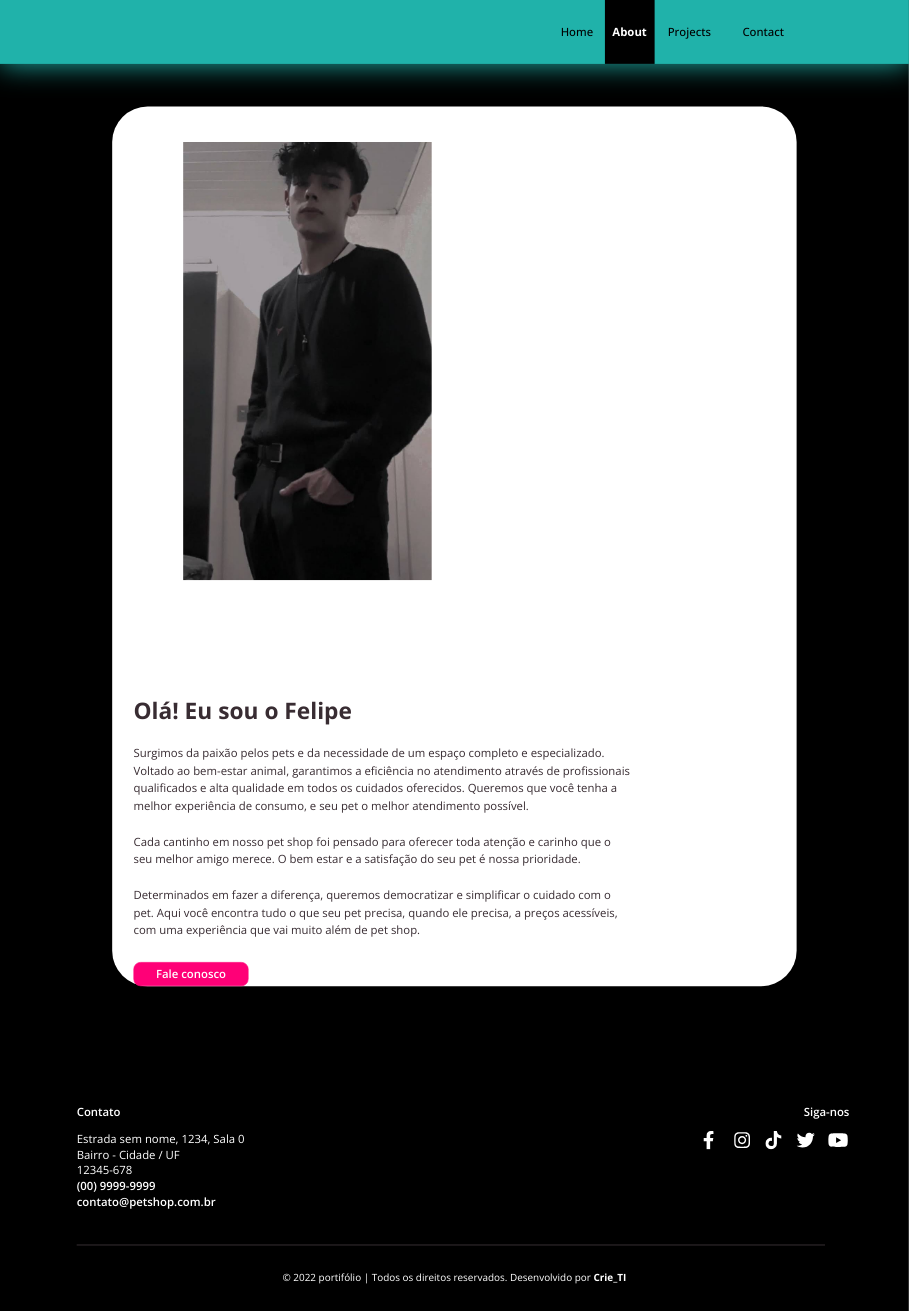
Repository: Fel1pit0/CRIE_TI
Page: Projetos/Portifólio/about.html
The author's editor kept a copy of each file at every save. The page is drawn from the files as they stood at one save, then again after the next save.
The browser window is 1280 px wide. The pictures show the whole page, at 71% of full size.

Above is the page before, as saved 2022-05-25 14:54:14.

After the next save:
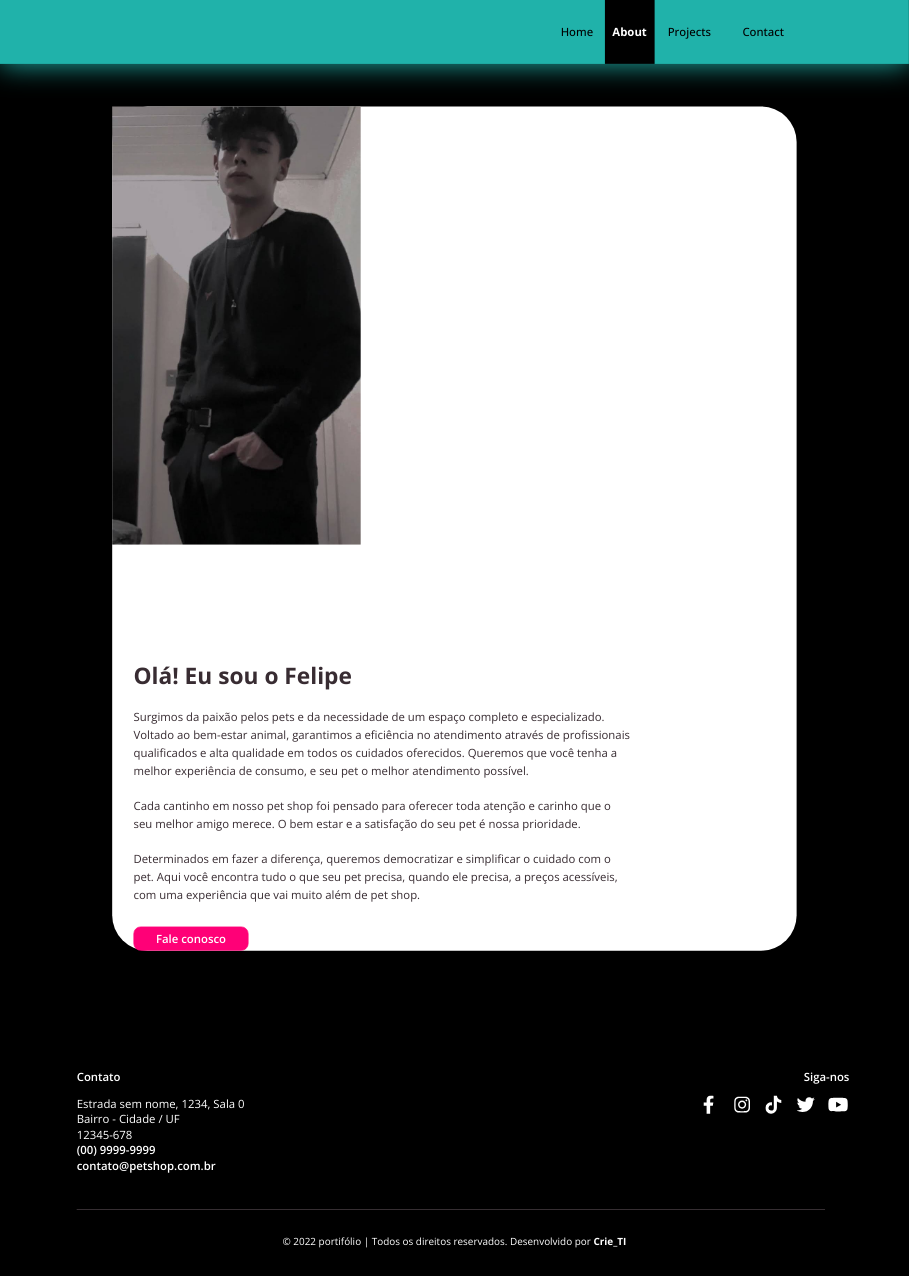
Saved 8 s later.
--- a/Projetos/Portifólio/styles.css
+++ b/Projetos/Portifólio/styles.css
@@ -298,7 +298,7 @@
   display: inline-block;
   width: 350px;
   height: auto;
-  margin: 50px 0 0 100px;
+  margin: 50px 5 0 100px;
 }
 .desc-about{
   display: inline-block;

After the 2 saves that followed:
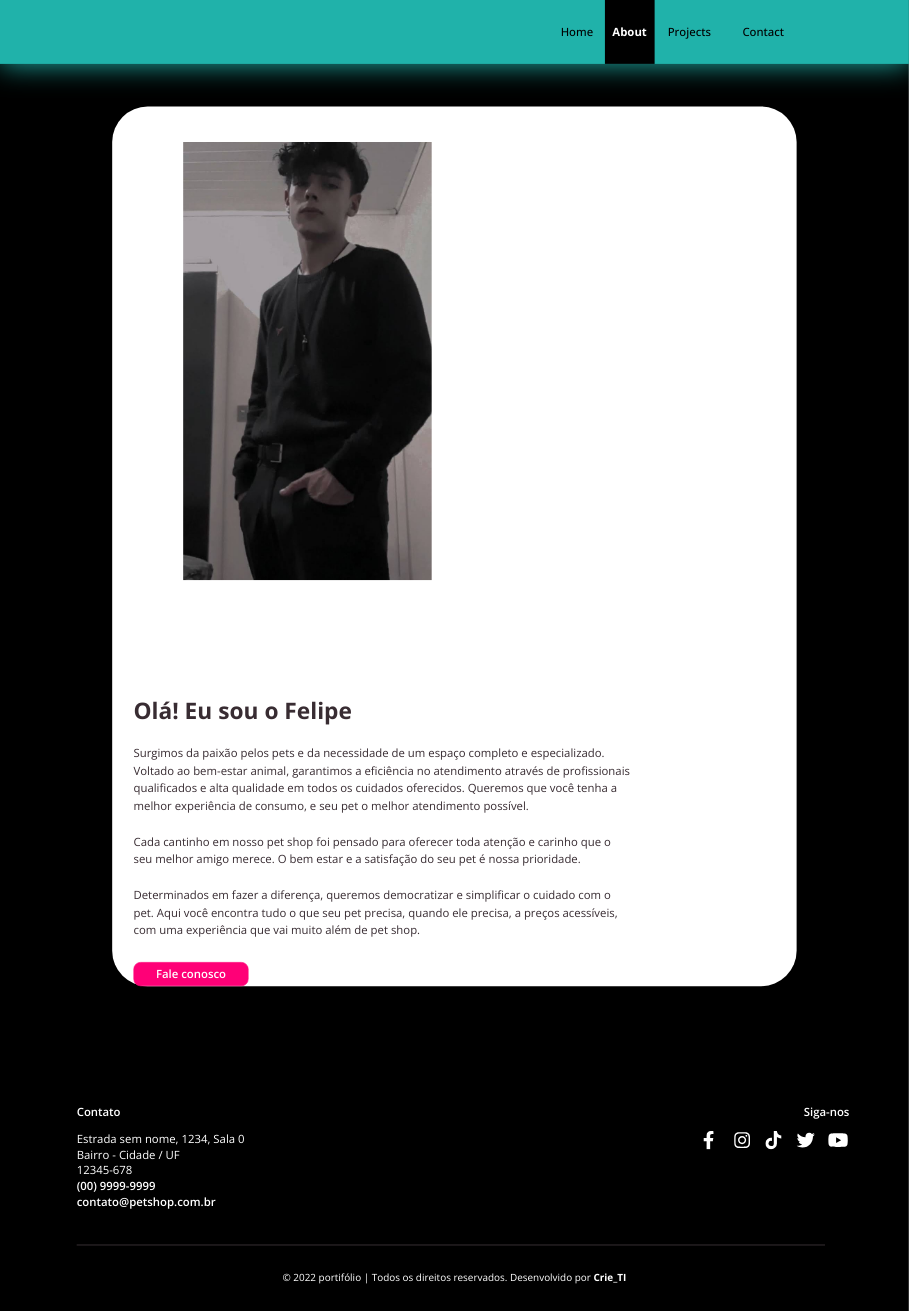
The 2 saves are shown as one change because they came seconds apart.
The last was saved 9 s later.
--- a/Projetos/Portifólio/styles.css
+++ b/Projetos/Portifólio/styles.css
@@ -298,7 +298,7 @@
   display: inline-block;
   width: 350px;
   height: auto;
-  margin: 50px 5 0 100px;
+  margin: 50px 0 0 100px;
 }
 .desc-about{
   display: inline-block;
